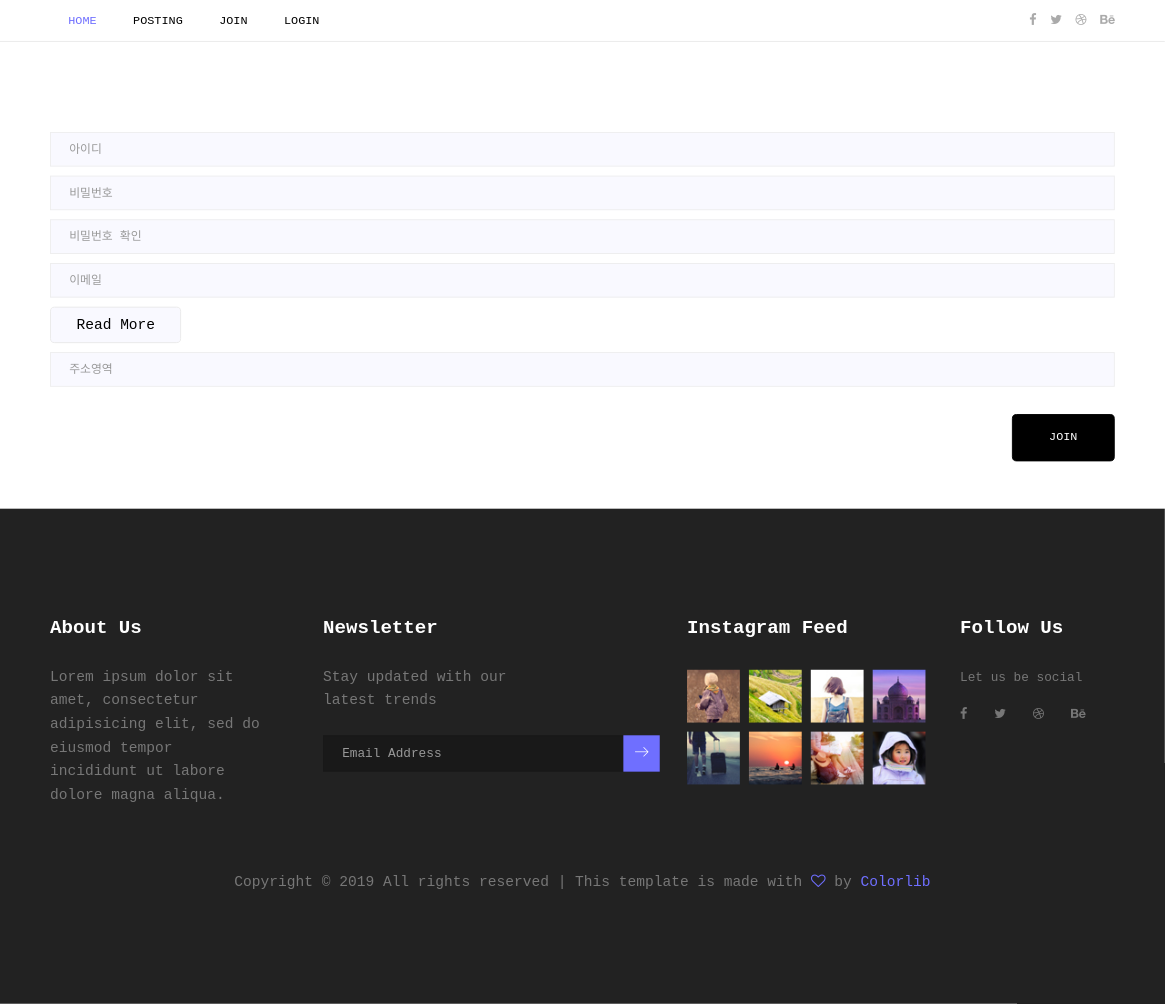
Repository: heonyKim/JSP
Page: http://localhost/blog/user/join.jsp
The author's editor kept a copy of each file at every save. The page is drawn from the files as they stood at one save, then again after the next save.
The browser window is 1280 px wide. The pictures show the whole page, at 91% of full size.
Some web fonts or font styles are not loaded; a fallback is used. The page is served by Tomcat 9.

Above is the page before, as saved 2019-10-31 01:21:45.

After the next save:
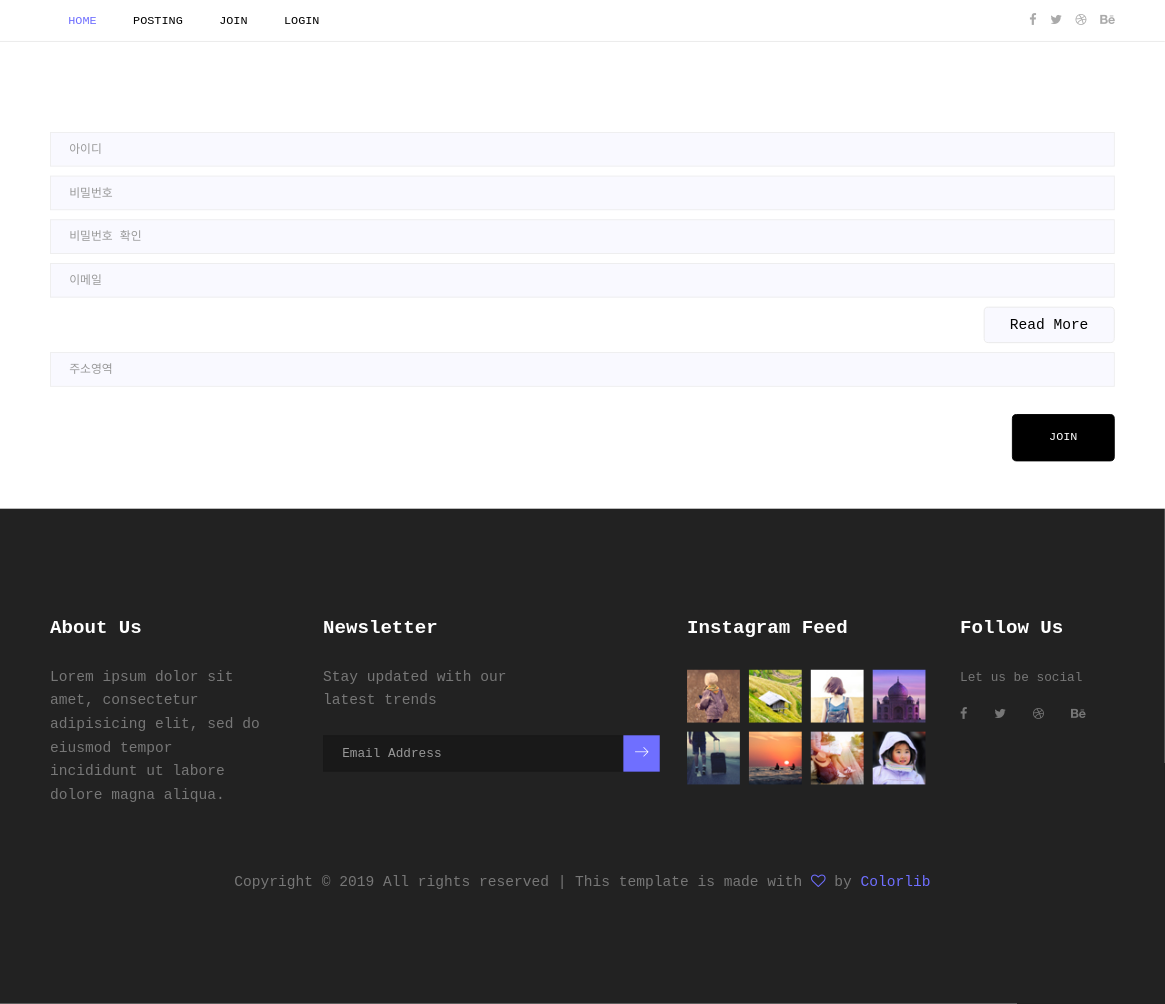
Saved 18 s later.
--- a/blog_project/blog/WebContent/user/join.jsp
+++ b/blog_project/blog/WebContent/user/join.jsp
@@ -38,7 +38,7 @@
 
 
 					<div class="col-md-12">
-						<div class="form-group">
+						<div class="form-group float-right">
 							<a class="blog_btn" href="#">Read More</a>
 						</div>
 					</div>
